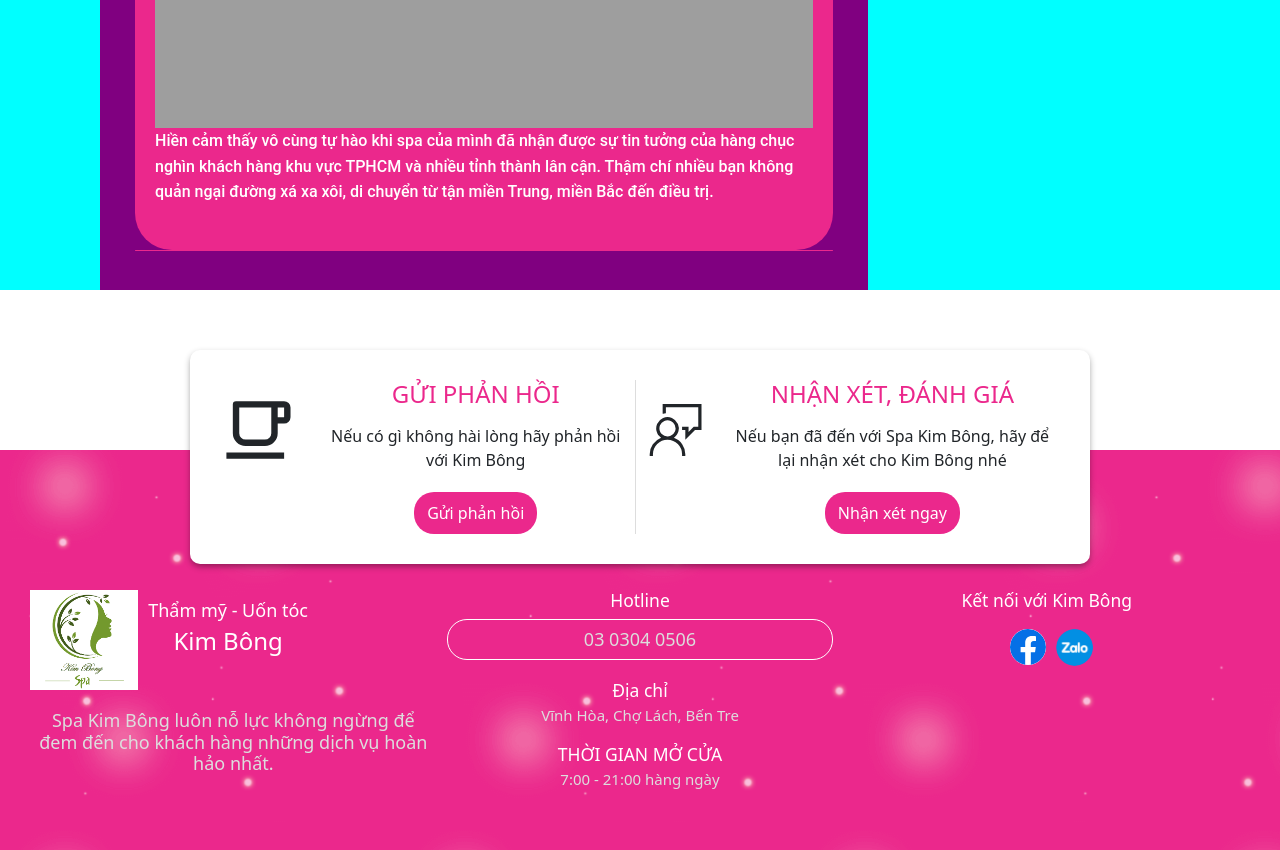
Repository: tranduykhuong/SpaKimBong
Page: /about
These files come from the project's save history. The page is drawn as it stood at one moment and after the next save; the edit follows.
The browser window is 1280 px wide. The pictures show the part of the page from y = 810 to 1762 px (the page is 1660 px tall before and 1900 px after).
Pictures or frames that could not be fetched are drawn as grey boxes. The project was rebuilt for these pictures with package versions that can differ from the ones it lists, and the page was loaded fresh each time. Also part of the build but not shown: src/components/Header/Slider/slider.scss, src/components/Header/Slider/Slider.js, src/components/Header/ListImage/listImage.scss, src/components/Header/ListImage/ListImage.js, src/pages/Home/home.scss, src/pages/Home/ListImage/listImage.scss, src/pages/Home/ListImage/ListImage.js, src/pages/Home/BookOnline/bookOnl.scss and 6 more.

Above is the page before, as saved 2022-06-02 22:31:26.

After the next save:
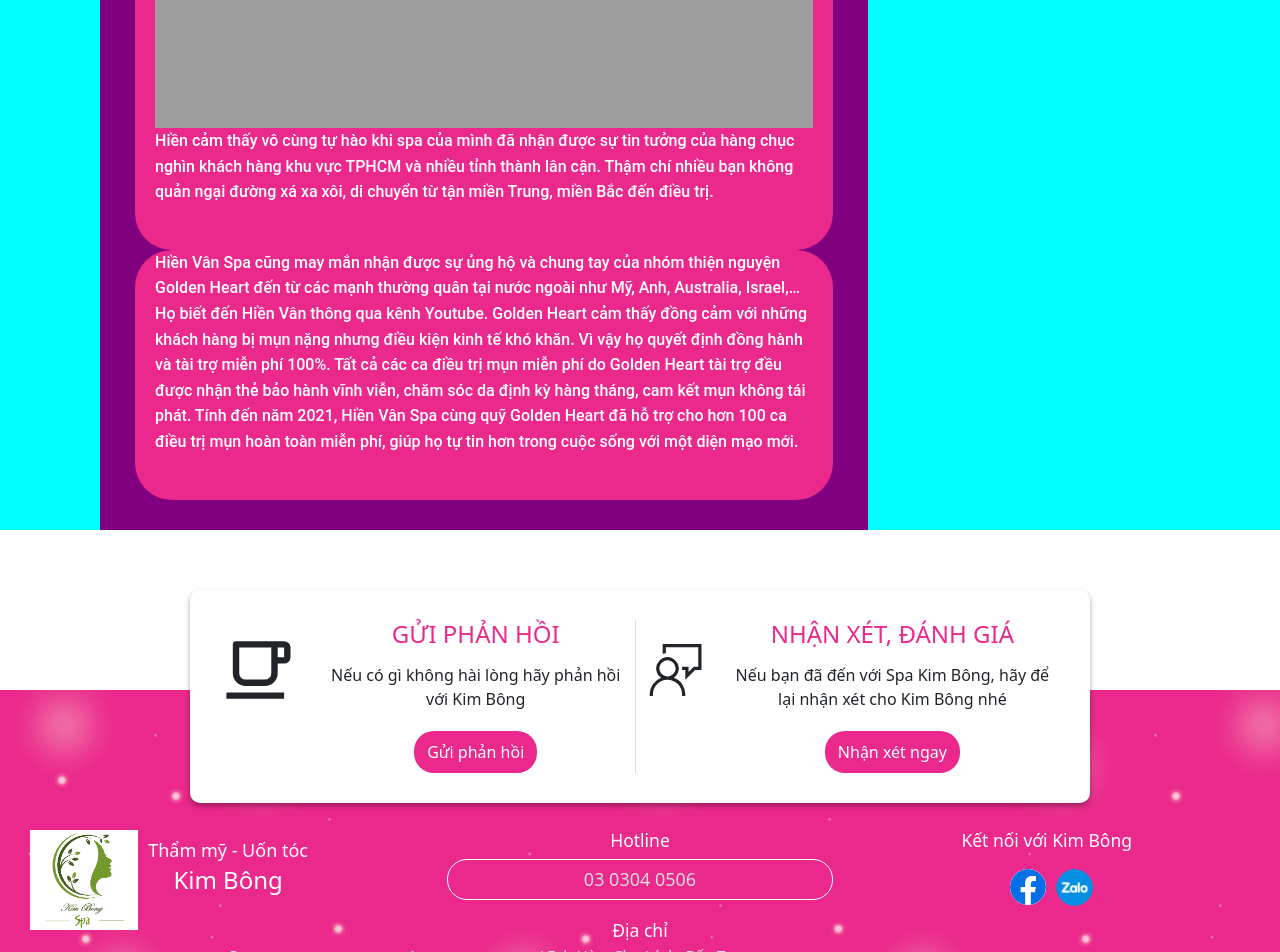
Saved 15 s later.
--- a/src/pages/About/About.scss
+++ b/src/pages/About/About.scss
@@ -60,7 +60,16 @@
           background-color: #eb288c;
           border-radius: 37px;
 
+          .content {
+            padding: 0 20px 35px 20px;
 
+            p {
+              font: 16px Roboto, sans-serif;
+              line-height: 1.6;
+              color: white;
+              font-weight: 500;
+            }
+          }
         }
       }
     }
